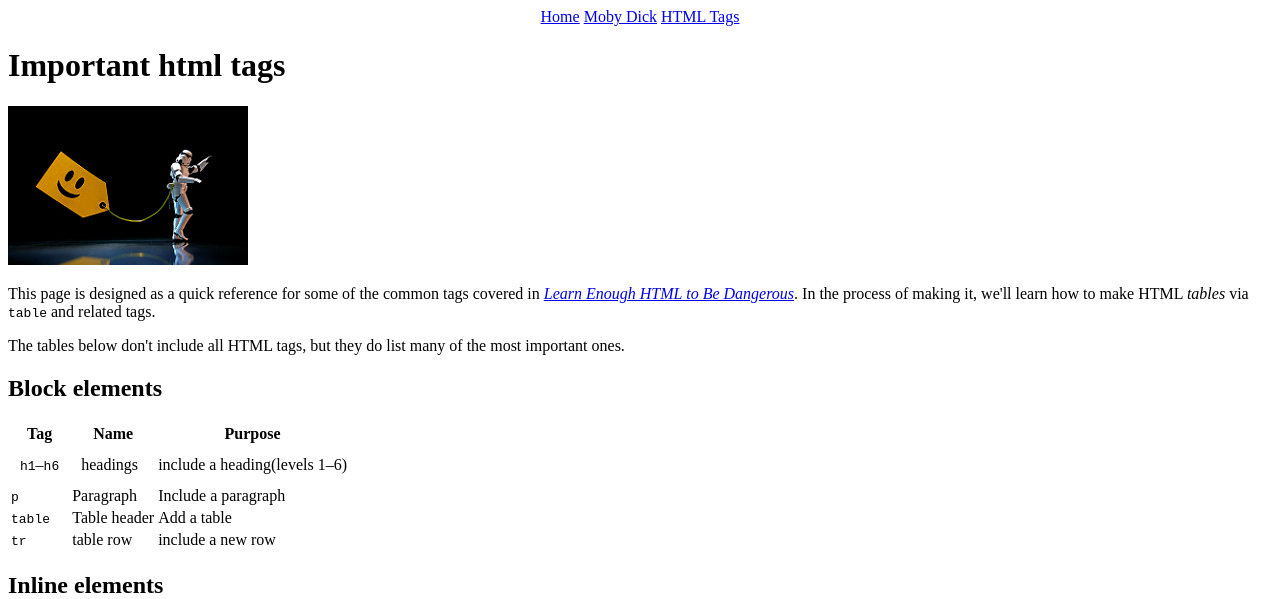
Repository: Athithyaneo/goo
Page: tags.html
The author's editor kept a record of every edit. The page is drawn from the files as they stood at one moment, then again after the next edit.
The browser window is 1280 px wide. The pictures show the part of the page from y = 0 to 599 px (the page is 981 px tall).
A picture or video elsewhere on the page could not be fetched, so the positions and the page height are approximate.

Above is the page before.

### tags.html
<!DOCTYPE html>
<html>
    <head>
        <title>html tags</title>
        <meta charset="utf-8">
    </head>
    <body>
        <div style="text-align:center;">
      <a href="index.html">Home</a>
      <a href="moby_dick.html">Moby Dick</a>
      <a href="tags.html">HTML Tags</a>
    </div>
        <h1>Important html tags</h1>

        <a href="https://www.flickr.com/photos/jdhancock/3814523970"><img src="images/storm_trooper_tagged.jpg" alt="Tagged Storm Trooper"></a>
    <p>
      This page is designed as a quick reference for some of the common tags
      covered in <a href="https://learnenough.com/html"><em>Learn
      Enough HTML to Be Dangerous</em></a>. In the process of making it, we'll
      learn how to make HTML <em>tables</em> via <code>table</code> and
      related tags.
    </p>
    <p>
      The tables below don't include all HTML tags, but they do list many of
      the most important ones.
    </p>
    <h2>Block elements</h2>

    <table>
        <tr>
            <th>Tag</th>
            <th>Name</th>
            <th>Purpose</th>
        </tr>
        <tr>
            <td style="padding:10px;"><code>h1</code>&ndash;<code>h6</code></td>
            <td style="padding:10px;">headings</td>
            <td>include a heading(levels 1&ndash;6)</td>
        </tr>
        <tr>
            <td><code>p</code></td>
            <td>Paragraph</td>
            <td>Include a paragraph</td>
        </tr>
        <tr>
            <td><code>table</code></td>
            <td>Table header</td>
            <td>Add a table</td>
        </tr>
        <tr>
            <td><code>tr</code></td>
            <td>table row</td>
            <td>include a new row</td>
        </tr>
    </table>

    <h2>Inline elements</h2>
    <table>
        <tr>
            <th>Tag</th>
            <th>Name</th>
            <th>Purpose</th>
            <th>Example</th>
            <th>Result</th>
        </tr>
        <tr>
            <td><code>em</code></td>
            <td>emphasised </td>
            <td>Make emphasised text</td>
            <td><code>&lt;em&gt;Technical sophistication&lt;em&gt;</code></td>
            <td><em>Technical sophistication</em></td>
        </tr>
        <tr>
            <td>image</td>
            <td>Image</td>
            <td>To add image</td>
            <td><code>&lt;img src="https://bit.ly/1MZAFuQ" alt="Michael Hartl"&gt;</code></td>
            <td><img src="https://bit.ly/1MZAFuQ" alt="Michael Hartl"></td>
        </tr>
    </table>
    </body>
</html>

After the next edit:
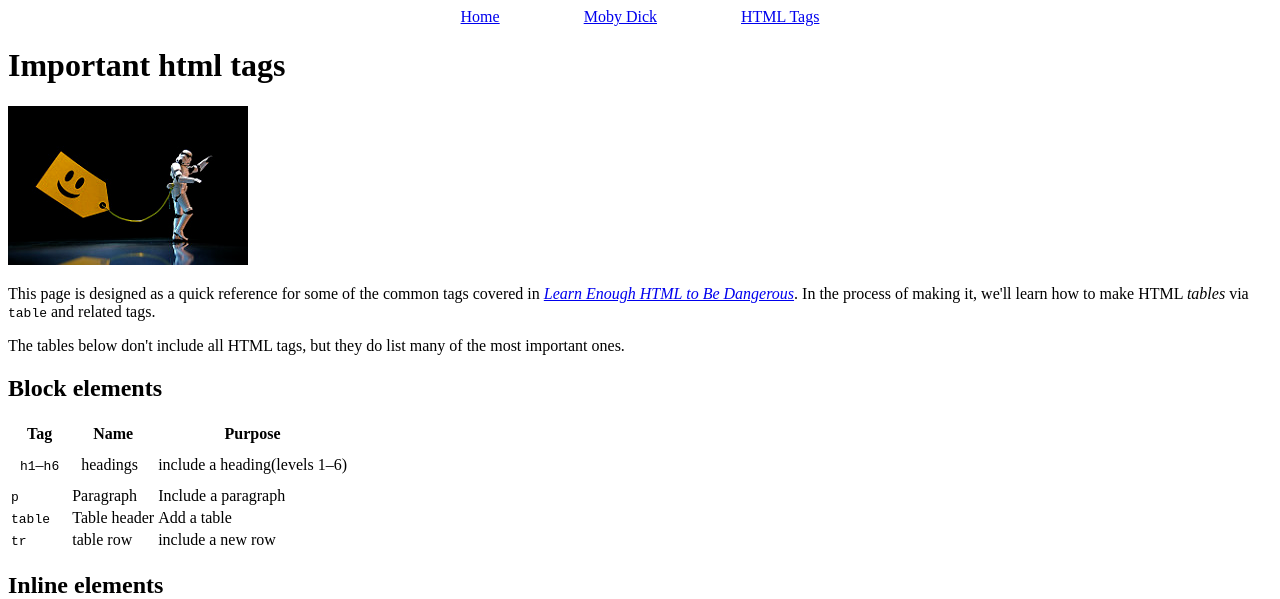
The edit:
--- a/tags.html
+++ b/tags.html
@@ -7,8 +7,8 @@
     <body>
         <div style="text-align:center;">
       <a href="index.html">Home</a>
-      <a href="moby_dick.html">Moby Dick</a>
-      <a href="tags.html">HTML Tags</a>
+      <a href="moby_dick.html" style="margin:0 0 0 80px;">Moby Dick</a>
+      <a href="tags.html" style="margin:0 0 0 80px;">HTML Tags</a>
     </div>
         <h1>Important html tags</h1>
 
